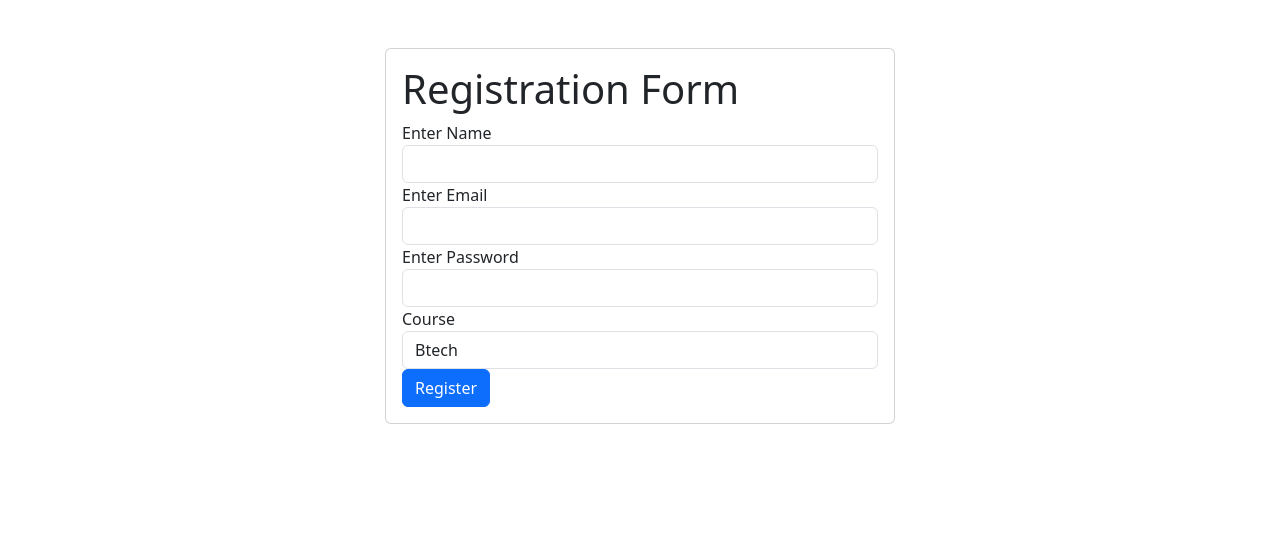
Repository: anand44xy/Eclipse-workspace
Page: 02-FormSubmit-App/src/main/webapp/index.html
An editor plug-in stored every save of this project. The page is shown before and after the next save, followed by the edit.
The browser window is 1280 px wide. The pictures show the whole page.

Above is the page before, as saved 2023-10-03 05:46:17.

### 02-FormSubmit-App/src/main/webapp/index.html
<!doctype html>
<html lang="en">
<head>
    <!-- Required meta tags -->
    <meta charset="utf-8">
    <meta name="viewport" content="width=device-width, initial-scale=1">
    <title>Bootstrap demo</title>
    <!-- Bootstrap CSS -->
    <link href="https://cdn.jsdelivr.net/npm/bootstrap@5.3.2/dist/css/bootstrap.min.css" rel="stylesheet" integrity="sha384-T3c6CoIi6uLrA9TneNEoa7RxnatzjcDSCmG1MXxSR1GAsXEV/Dwwykc2MPK8M2HN" crossorigin="anonymous">
</head>
<body>
    <div class="container p-5">
        <div class="row">
            <div class="col-md-6 offset-md-3">
                <div class="card">
                    <div class="card-body">
                        <h1 class="text">Registration Form</h1>

                        <form method="post" action="register">
                            <!-- Name Input -->
                            <div class="form-group">
                                <label>Enter Name</label>
                                <input type="text" name="userName" class="form-control">
                            </div>

                            <!-- Email Input -->
                            <div class="form-group">
                                <label>Enter Email</label>
                                <input type="text" name="email" class="form-control">
                            </div>

                            <!-- Password Input -->
                            <div class="form-group">
                                <label>Enter Password</label>
                                <input type="password" name="password" class="form-control">
                            </div>

                            <!-- Course Selection -->
                            <div class="form-group">
                                <label>Course</label>
                                <select name="course" class="form-control"> <!-- Fixed typo in class attribute -->
                                    <option value="Btech">Btech</option>
                                    <option value="BCA">BCA</option>
                                    <option value="MCA">MCA</option>
                                </select>
                            </div>

                            <!-- Submit Button -->
                            <button class="btn btn-primary">Register</button>
                        </form>
                    </div>
                </div>
            </div>
        </div>
    </div>

    <!-- Bootstrap Bundle with Popper -->
    <script src="https://cdn.jsdelivr.net/npm/bootstrap@5.3.2/dist/js/bootstrap.bundle.min.js" integrity="sha384-C6RzsynM9kWDrMNeT87bh95OGNyZPhcTNXj1NW7RuBCsyN/o0jlpcV8Qyq46cDfL" crossorigin="anonymous"></script>
</body>
</html>

After the next save:
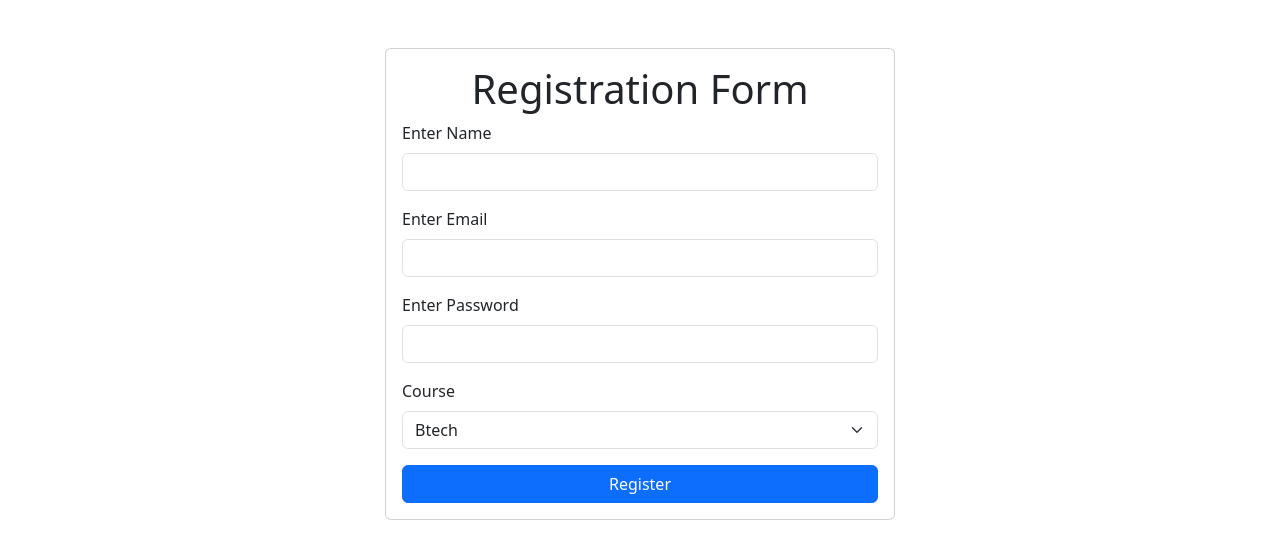
Saved 9 h 15 min later.
--- a/02-FormSubmit-App/src/main/webapp/index.html
+++ b/02-FormSubmit-App/src/main/webapp/index.html
@@ -14,31 +14,31 @@
             <div class="col-md-6 offset-md-3">
                 <div class="card">
                     <div class="card-body">
-                        <h1 class="text">Registration Form</h1>
+                        <h1 class="text-center">Registration Form</h1>
 
                         <form method="post" action="register">
                             <!-- Name Input -->
-                            <div class="form-group">
-                                <label>Enter Name</label>
-                                <input type="text" name="userName" class="form-control">
+                            <div class="mb-3">
+                                <label for="userName" class="form-label">Enter Name</label>
+                                <input type="text" id="userName" name="userName" class="form-control" required>
                             </div>
 
                             <!-- Email Input -->
-                            <div class="form-group">
-                                <label>Enter Email</label>
-                                <input type="text" name="email" class="form-control">
+                            <div class="mb-3">
+                                <label for="email" class="form-label">Enter Email</label>
+                                <input type="email" id="email" name="email" class="form-control" required>
                             </div>
 
                             <!-- Password Input -->
-                            <div class="form-group">
-                                <label>Enter Password</label>
-                                <input type="password" name="password" class="form-control">
+                            <div class="mb-3">
+                                <label for="password" class="form-label">Enter Password</label>
+                                <input type="password" id="password" name="password" class="form-control" required>
                             </div>
 
                             <!-- Course Selection -->
-                            <div class="form-group">
-                                <label>Course</label>
-                                <select name="course" class="form-control"> <!-- Fixed typo in class attribute -->
+                            <div class="mb-3">
+                                <label for="course" class="form-label">Course</label>
+                                <select id="course" name="course" class="form-select">
                                     <option value="Btech">Btech</option>
                                     <option value="BCA">BCA</option>
                                     <option value="MCA">MCA</option>
@@ -46,7 +46,9 @@
                             </div>
 
                             <!-- Submit Button -->
-                            <button class="btn btn-primary">Register</button>
+                            <div class="d-grid">
+                                <button type="submit" class="btn btn-primary">Register</button>
+                            </div>
                         </form>
                     </div>
                 </div>
